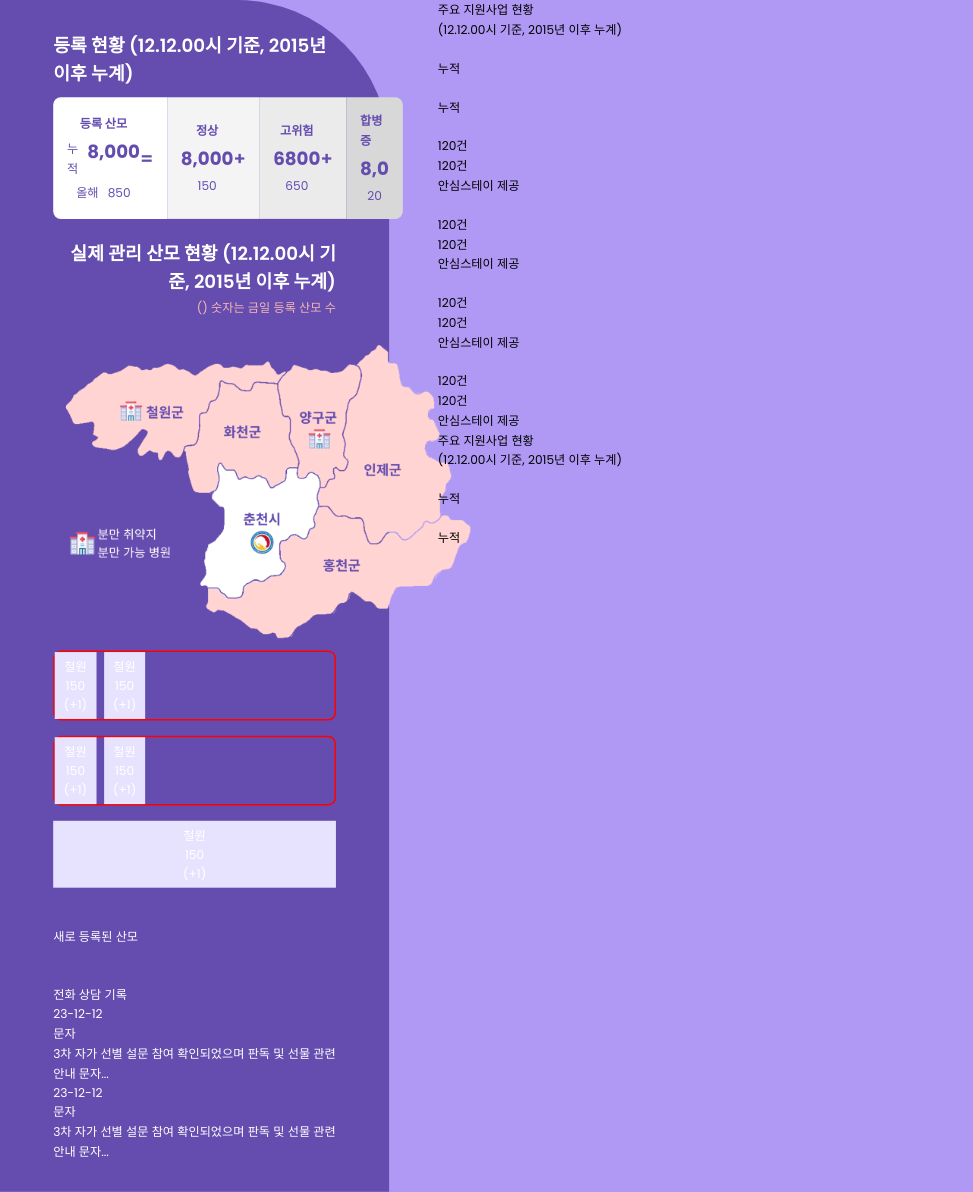
Repository: giapchicuong/Perganancy_Web
Page: index.html
The author's editor kept a copy of each file at every save. The page is drawn from the files as they stood at one save, then again after the next save.
The browser window is 1280 px wide. The pictures show the whole page, at 76% of full size.

Above is the page before, as saved 2024-03-06 17:45:21.

### index.html
<!DOCTYPE html>
<html lang="en">

<head>
    <meta charset="UTF-8">
    <meta name="viewport" content="width=device-width, initial-scale=1.0">
    <title>Perganancy Web</title>
    <link rel="stylesheet" href="./assets/base.css">
    <link rel="stylesheet" href="./assets/style.css">
</head>

<body>
    <!-- .block -->
    <!-- .block__element -->
    <!-- .block__element--modifier -->
    <!-- card
    card__image
    card__description
    card__button--submit
    card__button--cancel -->
    <div class="app">
        <div class="main">
            <section class="advertising">
                <!-- ------------------------------------------------ -->
                <div class="advertising-left">
                    <!-- top -->
                    <div class="advertising-left--top">
                        <div class="advertising-left__title">등록 현황 (12.12.00시 기준, 2015년 이후 누계)</div>
                        <div class="advertising-left__item-list">
                            <div class="advertising-left__item advertising-left__item1">
                                <div class="advertising-left__item--signal">
                                    <div class="advertising-left__item--white">
                                        <div class="advertising-left__item-title">등록 산모</div>
                                        <div class="advertising-left__item-desc">
                                            <div class="advertising-left__item-desc-text">누적</div>
                                            <div class="advertising-left__item-desc-number">8,000</div>
                                        </div>
                                    </div>
                                    <div class="advertising-left__item-bottom">
                                        <div class="advertising-left__item-bottom-text">올해</div>
                                        <div class="advertising-left__item-bottom-number">850</div>
                                    </div>
                                </div>
                                <div class="calculation">=</div>
                            </div>
                            <div class="advertising-left__item advertising-left__item2">
                                <div class="advertising-left__item--signal">
                                    <div class="advertising-left__item--white">
                                        <div class="advertising-left__item-title">정상</div>
                                        <div class="advertising-left__item-desc">
                                            <div class="advertising-left__item-desc-number">8,000</div>
                                        </div>
                                    </div>
                                    <div class="advertising-left__item-bottom">
                                        <div class="advertising-left__item-bottom-number">150</div>
                                    </div>
                                </div>
                                <div class="calculation">+</div>
                            </div>
                            <div class="advertising-left__item advertising-left__item3">
                                <div class="advertising-left__item--signal">
                                    <div class="advertising-left__item--white">
                                        <div class="advertising-left__item-title">고위험</div>
                                        <div class="advertising-left__item-desc">
                                            <div class="advertising-left__item-desc-number">6800</div>
                                        </div>
                                    </div>
                                    <div class="advertising-left__item-bottom">
                                        <div class="advertising-left__item-bottom-number">650</div>
                                    </div>
                                </div>
                                <div class="calculation">+</div>
                            </div>
                            <div class="advertising-left__item advertising-left__item4">
                                <div class="advertising-left__item--signal">
                                    <div class="advertising-left__item--white">
                                        <div class="advertising-left__item-title">합병증</div>
                                        <div class="advertising-left__item-desc">
                                            <div class="advertising-left__item-desc-number">8,0</div>
                                        </div>
                                    </div>
                                    <div class="advertising-left__item-bottom">
                                        <div class="advertising-left__item-bottom-number">20</div>
                                    </div>
                                </div>
                            </div>
                        </div>
                    </div>
                    <!-- text -->
                    <div class="advertising-left__title--text">
                        <div class="advertising-left__title">실제 관리 산모 현황 (12.12.00시 기준, 2015년 이후 누계)</div>
                        <div class="advertising-left__desc">() 숫자는 금일 등록 산모 수</div>
                    </div>
                    <!-- center image -->
                    <div class="advertising-left__map">
                        <img src="./assets/image/left/Gangwon-do Map 1.png" alt="Map"
                            class="advertising-left__map-image">
                        <div class="advertising-left__map-image--card">
                            <div class="advertising-left__map-item-list-top">
                                <div class="advertising-left__map-item">
                                    <div class="advertising-left__map-item-title">철원</div>
                                    <div class="advertising-left__map-item-number">150</div>
                                    <div class="advertising-left__map-item-desc">(+1)</div>
                                </div>
                                <div class="advertising-left__map-item">
                                    <div class="advertising-left__map-item-title">철원</div>
                                    <div class="advertising-left__map-item-number">150</div>
                                    <div class="advertising-left__map-item-desc">(+1)</div>
                                </div>
                            </div>
                            <div class="advertising-left__map-item-list-center">
                                <div class="advertising-left__map-item">
                                    <div class="advertising-left__map-item-title">철원</div>
                                    <div class="advertising-left__map-item-number">150</div>
                                    <div class="advertising-left__map-item-desc">(+1)</div>
                                </div>
                                <div class="advertising-left__map-item">
                                    <div class="advertising-left__map-item-title">철원</div>
                                    <div class="advertising-left__map-item-number">150</div>
                                    <div class="advertising-left__map-item-desc">(+1)</div>
                                </div>
                            </div>
                            <div class="advertising-left__map-item-list-botom">
                                <div class="advertising-left__map-item">
                                    <div class="advertising-left__map-item-title">철원</div>
                                    <div class="advertising-left__map-item-number">150</div>
                                    <div class="advertising-left__map-item-desc">(+1)</div>
                                </div>
                            </div>
                        </div>
                    </div>
                    <!--새로 등록된 산모  -->
                    <div class="advertising-left__box">
                        <div class="advertising-left__box-title">
                            <img src="" alt="" class="advertising-left__box-title-icon">
                            <div class="advertising-left__box-title-text">새로 등록된 산모</div>
                        </div>
                        <div class="advertising-left__box-message-list">
                            <div class="advertising-left__box-message-item">
                                <div class="advertising-left__box-message-item-date"></div>
                                <div class="advertising-left__box-message-item-text"></div>
                            </div>
                        </div>
                    </div>
                    <!-- 전화 상담 기록 -->
                    <div class="advertising-left__box">
                        <div class="advertising-left__box-title">
                            <img src="" alt="" class="advertising-left__box-title-icon">
                            <div class="advertising-left__box-title-text">전화 상담 기록</div>
                        </div>
                        <div class="advertising-left__box-message-list">
                            <div class="advertising-left__box-message-item">
                                <div class="advertising-left__box-message-item-date">23-12-12</div>
                                <div class="advertising-left__box-message-item-name">문자</div>
                                <div class="advertising-left__box-message-item-text">3차 자가 선별 설문 참여 확인되었으며 판독 및 선물 관련 안내
                                    문자...</div>
                            </div>
                            <div class="advertising-left__box-message-item">
                                <div class="advertising-left__box-message-item-date">23-12-12</div>
                                <div class="advertising-left__box-message-item-name">문자</div>
                                <div class="advertising-left__box-message-item-text">3차 자가 선별 설문 참여 확인되었으며 판독 및 선물 관련 안내
                                    문자...</div>
                            </div>
                        </div>
                    </div>
                </div>
                <!-- ------------------------------------------------ -->
                <div class="advertising-right">
                    <div class="advertising-right-item">
                        <div class="advertising-right-item-top">
                            <div class="advertising-right-item-top-left">
                                <div class="advertising-right-item-top__title">주요 지원사업 현황</div>
                                <div class="advertising-right-item-top__desc">(12.12.00시 기준, 2015년 이후 누계)</div>
                            </div>
                            <div class="advertising-right-item-top-right">
                                <div class="advertising-right-item-top-item">
                                    <img src="" alt="" class="advertising-right-item-top-item__icon">
                                    <div class="advertising-right-item-top-item__text">누적</div>
                                </div>
                                <div class="advertising-right-item-top-item">
                                    <img src="" alt="" class="advertising-right-item-top-item__icon">
                                    <div class="advertising-right-item-top-item__text">누적</div>
                                </div>
                            </div>
                        </div>
                        <div class="advertising-right-item-card-list">
                            <div class="advertising-right-item-card">
                                <div class="advertising-right-item-card-provide">
                                    <img src="" alt="" class="advertising-right-item-card__image">
                                    <div class="advertising-right-item-card__image-number">
                                        <div class="advertising-right-item-card__image-number-large">120건</div>
                                        <div class="advertising-right-item-card__image-number-small">120건</div>
                                    </div>
                                </div>
                                <div class="advertising-right-item-card-content">안심스테이 제공</div>
                            </div>
                            <div class="advertising-right-item-card">
                                <div class="advertising-right-item-card-provide">
                                    <img src="" alt="" class="advertising-right-item-card__image">
                                    <div class="advertising-right-item-card__image-number">
                                        <div class="advertising-right-item-card__image-number-large">120건</div>
                                        <div class="advertising-right-item-card__image-number-small">120건</div>
                                    </div>
                                </div>
                                <div class="advertising-right-item-card-content">안심스테이 제공</div>
                            </div>
                            <div class="advertising-right-item-card">
                                <div class="advertising-right-item-card-provide">
                                    <img src="" alt="" class="advertising-right-item-card__image">
                                    <div class="advertising-right-item-card__image-number">
                                        <div class="advertising-right-item-card__image-number-large">120건</div>
                                        <div class="advertising-right-item-card__image-number-small">120건</div>
                                    </div>
                                </div>
                                <div class="advertising-right-item-card-content">안심스테이 제공</div>
                            </div>
                            <div class="advertising-right-item-card">
                                <div class="advertising-right-item-card-provide">
                                    <img src="" alt="" class="advertising-right-item-card__image">
                                    <div class="advertising-right-item-card__image-number">
                                        <div class="advertising-right-item-card__image-number-large">120건</div>
                                        <div class="advertising-right-item-card__image-number-small">120건</div>
                                    </div>
                                </div>
                                <div class="advertising-right-item-card-content">안심스테이 제공</div>
                            </div>
                        </div>
                    </div>
                    <div class="advertising-right-item">
                        <div class="advertising-right-item-top">
                            <div class="advertising-right-item-top-left">
                                <div class="advertising-right-item-top__title">주요 지원사업 현황</div>
                                <div class="advertising-right-item-top__desc">(12.12.00시 기준, 2015년 이후 누계)</div>
                            </div>
                            <div class="advertising-right-item-top-right">
                                <div class="advertising-right-item-top-item">
                                    <img src="" alt="" class="advertising-right-item-top-item__icon">
                                    <div class="advertising-right-item-top-item__text">누적</div>
                                </div>
                                <div class="advertising-right-item-top-item">
                                    <img src="" alt="" class="advertising-right-item-top-item__icon">
                                    <div class="advertising-right-item-top-item__text">누적</div>
                                </div>
                            </div>
                        </div>
                        <div class="advertising-right-item__btn-list">
                            <div class="advertising-right-item__btn-item">
                                <div class="advertising-right-item__btn">
                                    <img src="" alt="" class="advertising-right-item__btn-icon" />
                                    <div class="advertising-right-item__btn-text"></div>
                                    <div class="advertising-right-item__btn-notification"></div>
                                </div>
                                <div class="advertising-right-item__btn-content"></div>
                            </div>
                            <div class="advertising-right-item__btn-item">
                                <div class="advertising-right-item__btn">
                                    <img src="" alt="" class="advertising-right-item__btn-icon" />
                                    <div class="advertising-right-item__btn-text"></div>
                                    <div class="advertising-right-item__btn-notification"></div>
                                </div>
                                <div class="advertising-right-item__btn-content"></div>
                            </div>
                            <div class="advertising-right-item__btn-item">
                                <div class="advertising-right-item__btn">
                                    <img src="" alt="" class="advertising-right-item__btn-icon" />
                                    <div class="advertising-right-item__btn-text"></div>
                                    <div class="advertising-right-item__btn-notification"></div>
                                </div>
                                <div class="advertising-right-item__btn-content"></div>
                            </div>
                            <div class="advertising-right-item__btn-item">
                                <div class="advertising-right-item__btn">
                                    <img src="" alt="" class="advertising-right-item__btn-icon" />
                                    <div class="advertising-right-item__btn-text"></div>
                                    <div class="advertising-right-item__btn-notification"></div>
                                </div>
                                <div class="advertising-right-item__btn-content"></div>
                            </div>
                        </div>
                    </div>
                    <div class="advertising-right-item">
                        <div class="advertising-right-item-left">
                            <div class="advertising-right-item-left-text">
                                <div class="advertising-right-item-left__title"></div>
                                <div class="advertising-right-item-desc"></div>
                            </div>
                            <div class="advertising-right-item-number"></div>
                        </div>
                        <div class="advertising-right-item-right">

                        </div>
                    </div>
                    <div class="advertising-right-item">
                        <div class="advertising-right-item-message-list">
                            <div class="advertising-right-item-message-item">
                                <div class="advertising-right-item-message-text">
                                    <div class="advertising-right-item-message__title"></div>
                                    <div class="advertising-right-item-message__desc"></div>
                                </div>
                                <div class="advertising-right-item-message-number">
                                    <div class="advertising-right-item-message-number-icon"></div>
                                    <div class="advertising-right-item-message-number-text"></div>
                                    <div class="advertising-right-item-message-number-case"></div>
                                </div>
                            </div>
                            <div class="advertising-right-item-message-item">
                                <div class="advertising-right-item-message-text">
                                    <div class="advertising-right-item-message__title"></div>
                                    <div class="advertising-right-item-message__desc"></div>
                                </div>
                                <div class="advertising-right-item-message-number">
                                    <div class="advertising-right-item-message-number-icon"></div>
                                    <div class="advertising-right-item-message-number-text"></div>
                                    <div class="advertising-right-item-message-number-case"></div>
                                </div>
                            </div>
                        </div>
                    </div>
                </div>
            </section>
        </div>
    </div>
</body>

</html>

### assets/style.css
.advertising {
    display: flex;
    gap: 0% 5%;

}
.main {
    background-color: var(--secondary);
    height: 100%;
    background-size: cover;
}
.advertising-left {
    width: 40%;
    background-color: var(--primary);
    border-top-right-radius: 200px 200px;
    color: var(--white);
    padding: 40px 70px;
    display: flex;
    flex-direction: column;
    gap: 26px;
}
.advertising-left--top{
    display: flex;
    flex-direction: column;
    gap: 14px;
}
.advertising-left__title, .calculation{
    font-size: 24px;
    font-weight: 600;
}
.advertising-left__item-list{
    display: flex;
    width: 100%;
}
.advertising-left__item {
    display: flex;
    justify-content: center;
    align-items: center;
    color: var(--primary);
    padding: 18px;
}
.advertising-left__item1{
    flex-grow: 2;
    background-color: var(--white);
    border-top-left-radius: 10px;
    border-bottom-left-radius: 10px;
}
.advertising-left__item2, .advertising-left__item3, .advertising-left__item4 {
    flex-grow: 1;
}
.advertising-left__item2 {
    background-color: var(--gray3);
}
.advertising-left__item3 {
    background-color: var(--gray2);
}
.advertising-left__item4 {
    background-color: var(--gray);
    border-top-right-radius: 10px;
    border-bottom-right-radius: 10px;
}
.advertising-left__item--signal{
    display: flex;
    gap: 6px;
    flex-direction: column;
    justify-content: center;
    align-items: center;
}
.advertising-left__item--white{
    display: flex;
    gap: 6px 0px;
    flex-direction: column;
    justify-content: center;
    align-items: center;
}
.advertising-left__item-title{
    font-weight: bold;
    font-size: 16px;
}
.advertising-left__item-desc{
    display: flex;
    gap: 12px;
}
.advertising-left__item-desc-number{
    font-size: 24px;
    font-weight: bold;
}
.advertising-left__item-bottom{
    display: flex;
    align-items: center;
    gap: 12px;
}
.calculation{
}


/* text */
.advertising-left__title--text{
    text-align: right;
}
.advertising-left__desc{
    color: var(--textPink);
    padding-top: 3px;
}

/* center image */
.advertising-left__map{
    justify-content: center;
    align-items: center;
}
.advertising-left__map-image{
    width: 571px;
    height: 406px;
    flex-shrink: 0;
}
.advertising-left__map-image--card{
    display: flex;
    flex-direction: column;
    gap: 20px;

}
.advertising-left__map-item-list-top, .advertising-left__map-item-list-center, .advertising-left__map-item-list-bottom{
    display: flex;
    gap: 10px;
    border: 2px solid red;
    border-radius: 10px;
}
.advertising-left__map-item {
    display: flex;
    flex-direction: column;
    justify-content: center;
    align-items: center;
    padding: 6px 12px;
    background-color: var(--purple);
}

Loaded but not shown: assets/base.css (28 lines, source omitted)

After the next save:
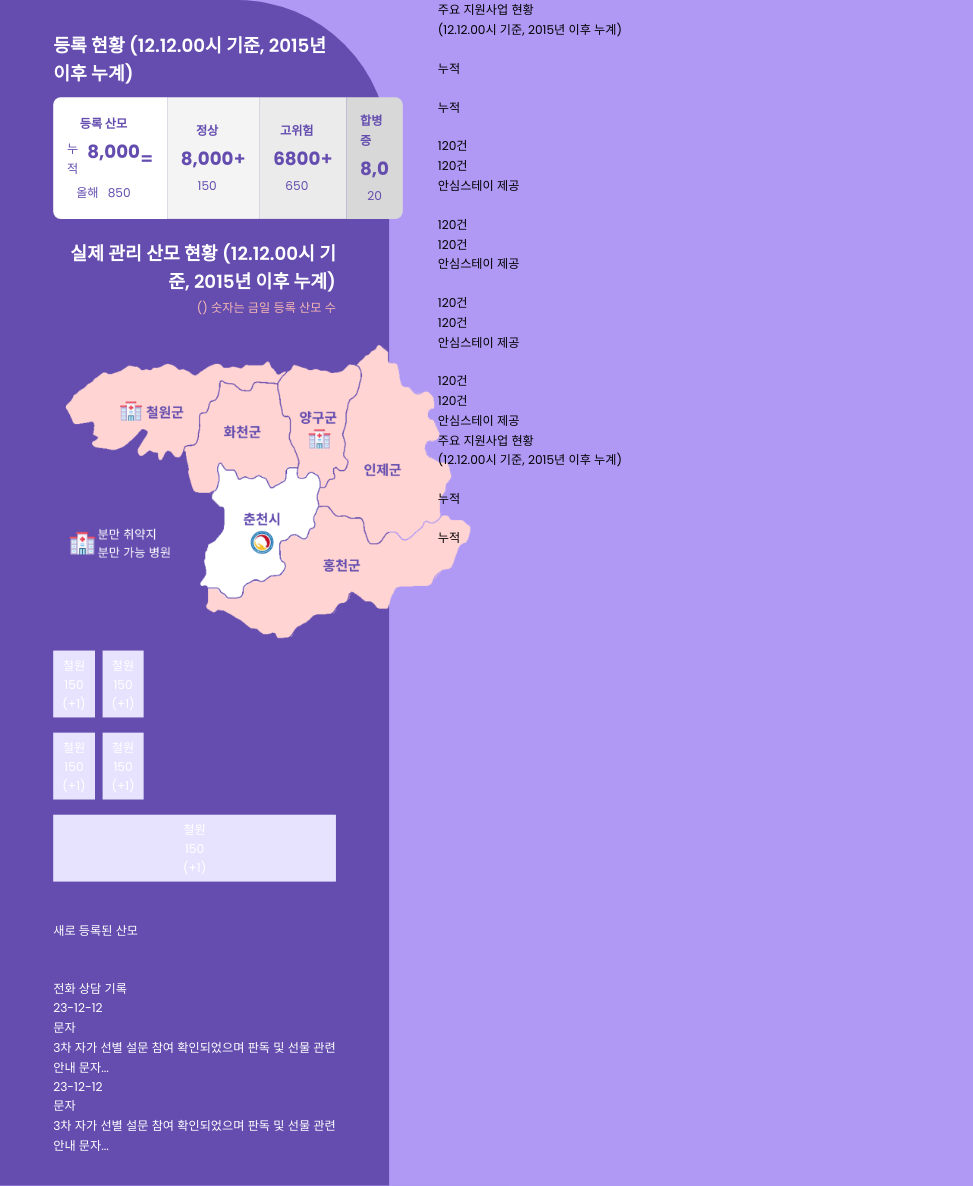
Saved 22 s later.
--- a/assets/style.css
+++ b/assets/style.css
@@ -121,8 +121,6 @@
 .advertising-left__map-item-list-top, .advertising-left__map-item-list-center, .advertising-left__map-item-list-bottom{
     display: flex;
     gap: 10px;
-    border: 2px solid red;
-    border-radius: 10px;
 }
 .advertising-left__map-item {
     display: flex;
